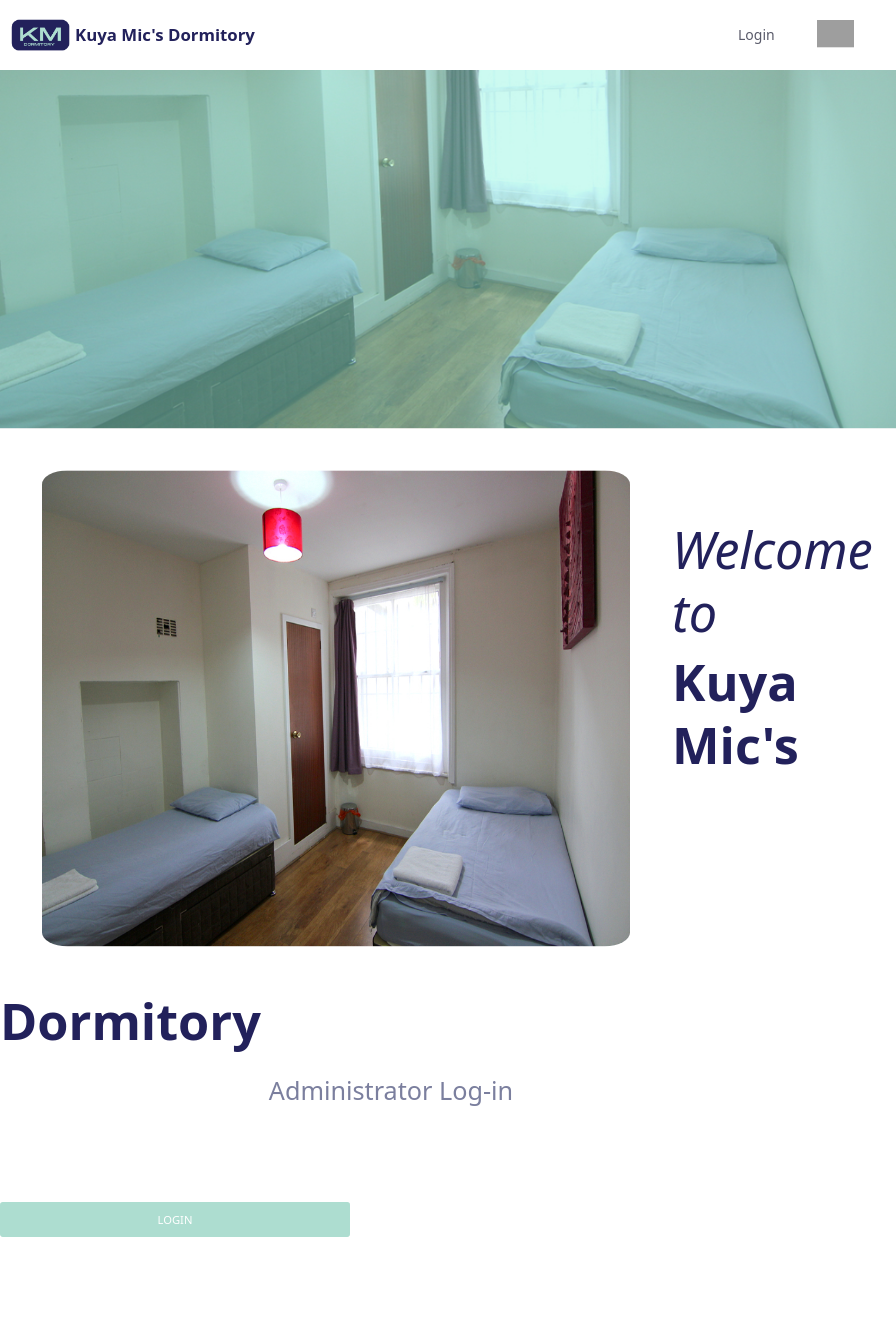
Repository: theamgri/Dormitory-Management-System
Page: index.html
These files come from the project's save history. The page is drawn as it stood at one moment and after the next save; the edit follows.
The browser window is 1280 px wide. The pictures show the part of the page from y = 0 to 1920 px (the page is 17892 px tall), at 70% of full size.
Pictures or frames that could not be fetched are drawn as grey boxes. Some web libraries are served in a nearby version.

Above is the page before, as saved 2022-12-06 09:39:06.

### index.html
<!DOCTYPE html>
<html lang="en">
<head>
    <script src="https://cdn.tailwindcss.com"></script>
    <meta charset="UTF-8">
    <meta http-equiv="X-UA-Compatible" content="IE=edge">
    <meta name="viewport" content="width=device-width, initial-scale=1.0">
    <link rel="icon" type="image/x-icon" href="/assets/logo.png">
    <title>Kuya Mic's Domitory</title>


<nav class="bg-white border-gray-200 px-2 lg:px-4 py-1 rounded dark:bg-gray-100">
    <div class="container flex flex-wrap items-center justify-between mx-auto">
      <a href="https://flowbite.com/" class="flex items-left">
          <img src="/assets/logo.png" class="h-11" alt="KM Logo" />
          <span class="self-center align-middle pl-2 text-2xl font-Montserrat font-bold whitespace-nowrap" style="color: #22215B">Kuya Mic's Dormitory </span>
      </a>

      <button data-collapse-toggle="navbar-default" type="button" class="inline-flex items-center p-2 ml-3 text-sm text-gray-500 rounded-lg md:hidden hover:bg-gray-100 focus:outline-none focus:ring-2 focus:ring-gray-200 dark:text-gray-400 dark:hover:bg-gray-700 dark:focus:ring-gray-600" aria-controls="navbar-default" aria-expanded="false">
      <svg class="w-6 h-6" aria-hidden="true" fill="currentColor" viewBox="0 0 20 20" xmlns="http://www.w3.org/2000/svg"><path fill-rule="evenodd" d="M3 5a1 1 0 011-1h12a1 1 0 110 2H4a1 1 0 01-1-1zM3 10a1 1 0 011-1h12a1 1 0 110 2H4a1 1 0 01-1-1zM3 15a1 1 0 011-1h12a1 1 0 110 2H4a1 1 0 01-1-1z" clip-rule="evenodd"></path></svg>
      </button>
      <div class="hidden w-full md:block md:w-auto" id="navbar-default">
        <ul class="flex flex-col p-4 mt-4 border border-gray-100 rounded-lg md:flex-row md:space-x-8 md:mt-0 md:text-sm md:font-medium md:border-0">
          <li>
            <a href="#" class="block bg-blue-700 font-Montserrat rounded text-xl md:bg-transparent md:text-blue-700 md:p-4" aria-current="page" style="color: #5A5B6A">Login</a>
          </li>
          <li>
            <a href="#" class="block py-2 pl-3 pr-4" aria-current="page"><img src="https://icones.pro/wp-content/uploads/2021/02/icone-utilisateur-gris.png" class="h-1 mr-3 sm:h-10" alt="KM Logo" /></a>
          </li>
        </ul>
      </div>

    </div>
  </nav>

</head>
<body>
    <div class=" w-full bg-cover bg-bottom" style="height:32rem; background-image: url(/assets/dorm.png);">

        <div class="flex items-center justify-center h-full w-full bg-teal-200 bg-opacity-50">

        </div>
    </div>
    <div>
        <div class=" w-full bg-cover bg-center" style="height: 1080rem; background-image: url(background.png);">
        <img src="/assets/dorm.png" style="float: left;height:50rem; width:60rem; padding: 60px; border-radius: 10%">
        <h1 class=" leading-tight text-7xl mt-0 mb-2" style="color: #22215B; font-style: italic; padding-top:10%; padding-left: 10rem;">Welcome to</h1>
        <h1 class="font-Montserrat font-bold leading-tight text-7xl mt-0 mb-2" style="color: #22215B; padding-top:0%; padding-left: 10;">Kuya Mic's Dormitory</h1>

        <h1 class=" leading-tight text-4xl mt-0 mb-2" style="color: #7B7F9E; padding-top:2%; padding-left: 30%;">Administrator Log-in </h1>
        <div style="padding-top: 10%">
        <button onclick="location.href='login.html'" type="button" class="text-white font-Montserrat font-medium font-xl px-4 rounded" style="background-color:#ADDDD0; height:50px; width: 500px;">
           LOGIN
        </button>
        </div>







    </div>

</body>
</html>

After the next save:
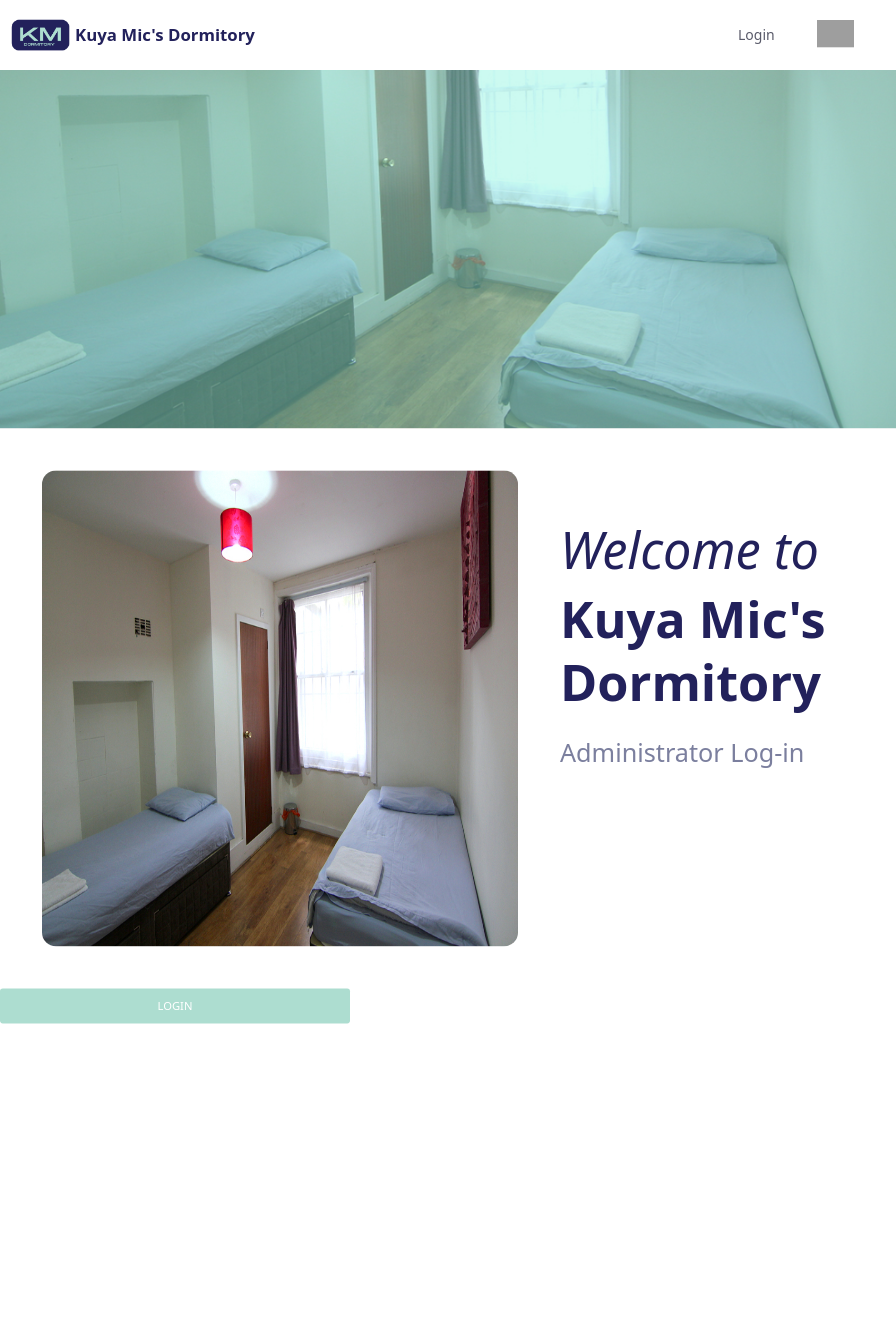
Saved 6 s later.
--- a/index.html
+++ b/index.html
@@ -43,7 +43,7 @@
     </div>
     <div>
         <div class=" w-full bg-cover bg-center" style="height: 1080rem; background-image: url(background.png);">
-        <img src="/assets/dorm.png" style="float: left;height:50rem; width:60rem; padding: 60px; border-radius: 10%">
+        <img src="/assets/dorm.png" style="float: left;height:50rem; width:50rem; padding: 60px; border-radius: 10%">
         <h1 class=" leading-tight text-7xl mt-0 mb-2" style="color: #22215B; font-style: italic; padding-top:10%; padding-left: 10rem;">Welcome to</h1>
         <h1 class="font-Montserrat font-bold leading-tight text-7xl mt-0 mb-2" style="color: #22215B; padding-top:0%; padding-left: 10;">Kuya Mic's Dormitory</h1>
 
